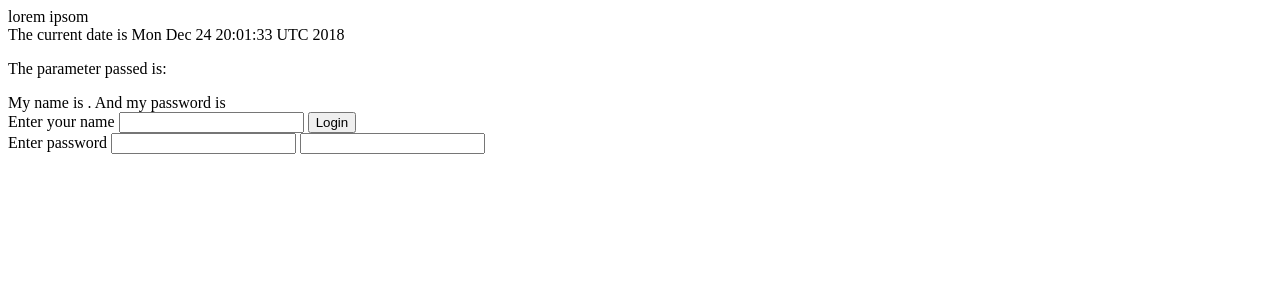
Repository: overbejt/UdemySpringMVC
Page: http://localhost/hello-World/login.do
An editor plug-in stored every save of this project. The page is shown before and after the next save, followed by the edit.
The browser window is 1280 px wide. The pictures show the whole page.
The page is served by Tomcat 9.

Above is the page before, as saved 2018-12-27 07:58:04.

After the next save:
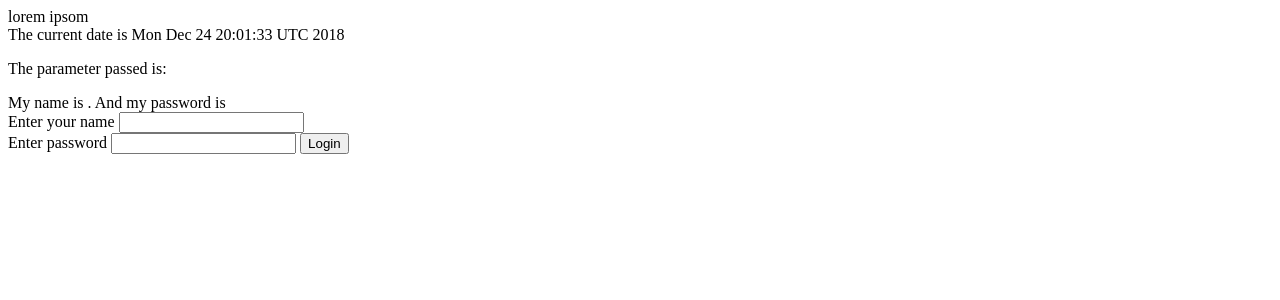
Saved 104 s later.
--- a/hello-World/src/main/webapp/WEB-INF/views/login.jsp
+++ b/hello-World/src/main/webapp/WEB-INF/views/login.jsp
@@ -35,10 +35,9 @@ My name is ${name}.  And my password is ${password}
 <div>
 <form action="/login.do" method="post">
 Enter your name <input type="text" name="name"/>
-<input type="submit" value="Login"/>
 <br>
 Enter password <input type="text" name="password"/>
-<input type="password"/>
+<input type="submit" value="Login"/>
 </form>
 </div>
 
